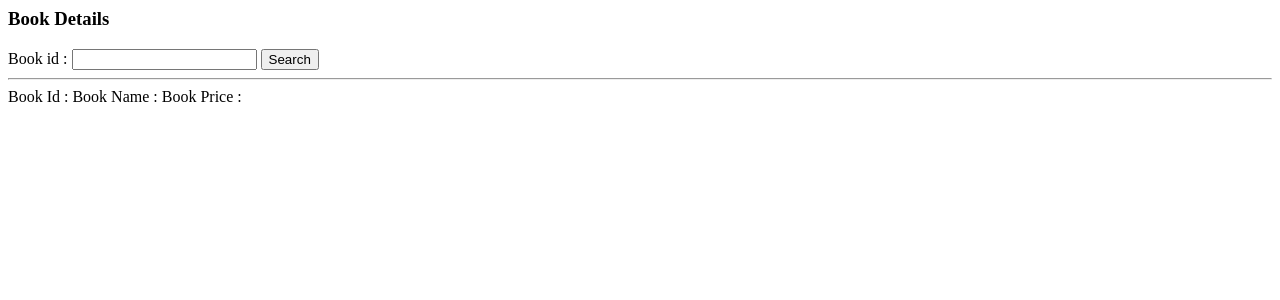
Repository: Wilsonrangari/SpringBoot_Microservices
Page: http://localhost/14_Web_MVC_Book_App/views/index.jsp
The author's editor kept a copy of each file at every save. The page is drawn from the files as they stood at one save, then again after the next save.
The browser window is 1280 px wide. The pictures show the whole page.
The page is served by Tomcat 9.

Above is the page before, as saved 2023-04-08 18:42:32.

After the next save:
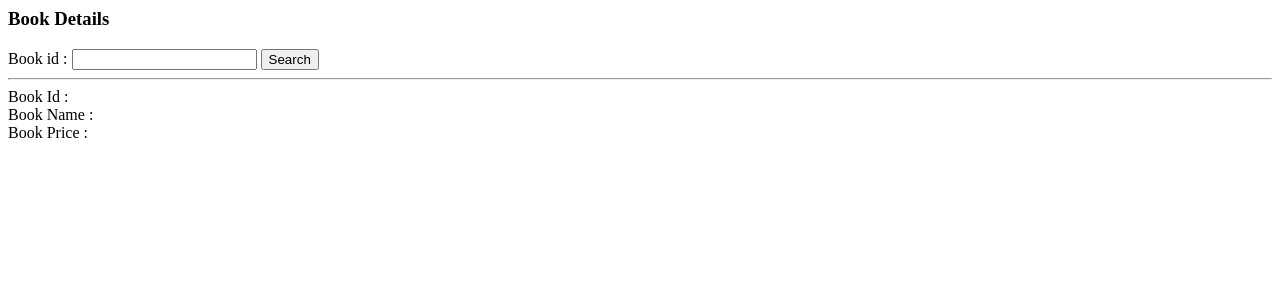
Saved 29 s later.
--- a/14_Web_MVC_Book_App/src/main/webapp/views/index.jsp
+++ b/14_Web_MVC_Book_App/src/main/webapp/views/index.jsp
@@ -13,11 +13,11 @@
    <input type="submit" value="Search"/>
    <hr />
 
-   Book Id :
+   Book Id : <br/>
 
-   Book Name :
+   Book Name : <br/>
 
-   Book Price :
+   Book Price : <br/>
 
    </form>
    </body>
